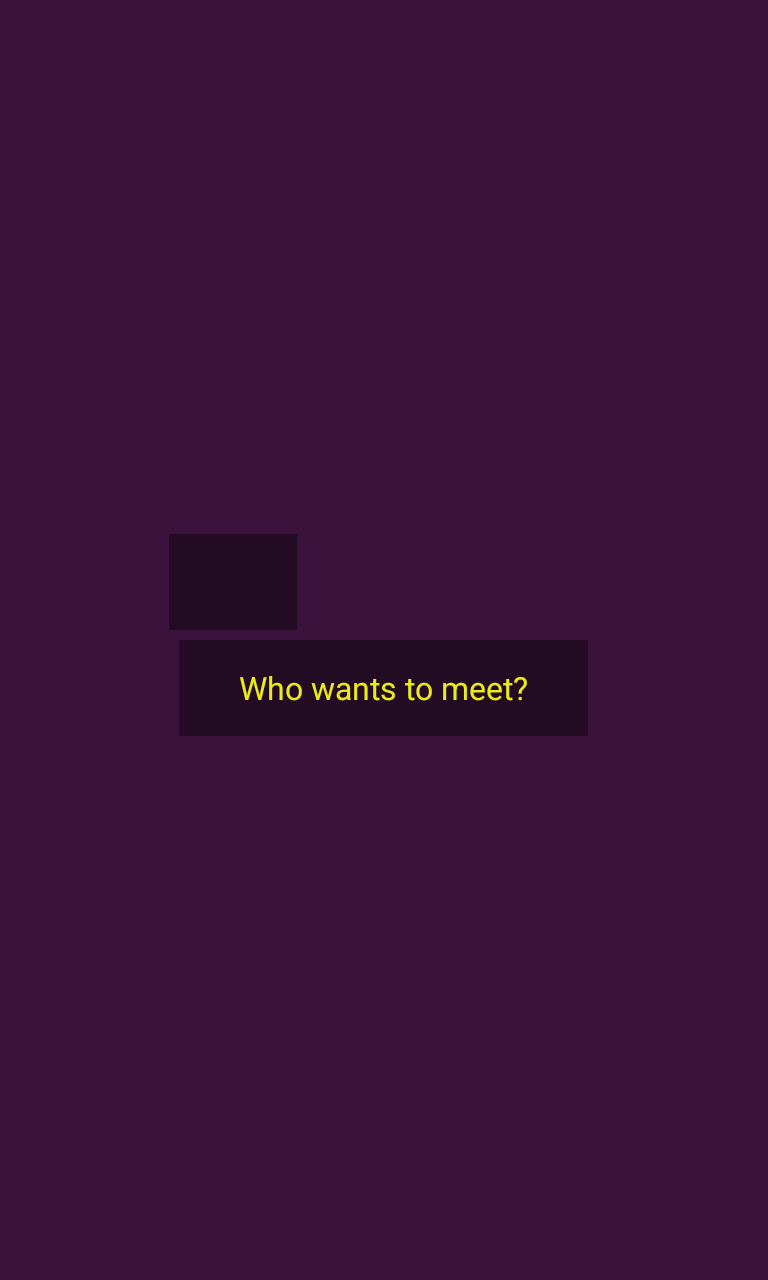
Repository: Valian/MeetMe
Layout: MeetMe/res/layout/activity_main_menu.xml
An editor plug-in stored every save of this project. The layout is shown before and after the next save, followed by the edit.
It is drawn on a 768 x 1280 px phone screen (xhdpi) without system bars, with theme AppTheme; the app's code is not run.

Above is the layout before, as saved 2014-01-10 00:41:10.

After the next save:
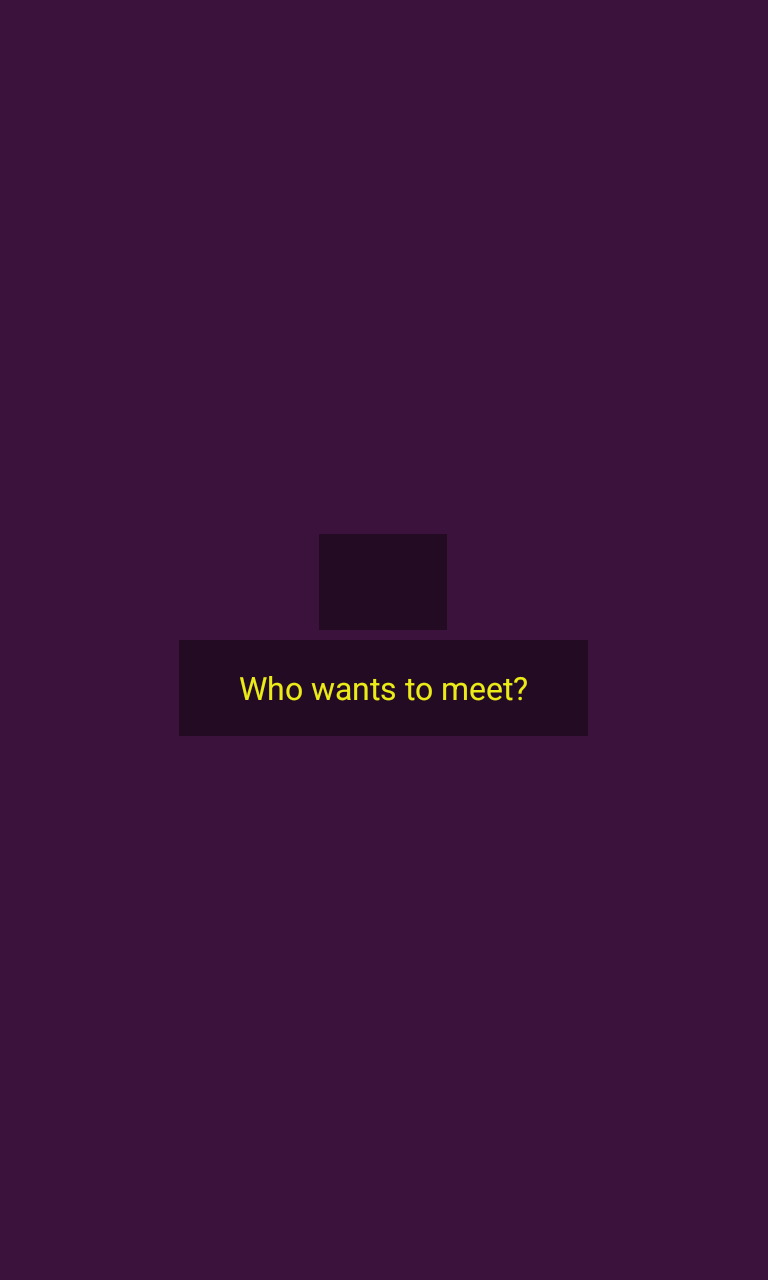
Saved 51 s later.
--- a/MeetMe/res/layout/activity_main_menu.xml
+++ b/MeetMe/res/layout/activity_main_menu.xml
@@ -11,12 +11,12 @@
 
 	    <Button
 	    android:id="@+id/statusChangeButton"
-	    android:gravity="center_horizontal"
+	    android:layout_gravity="center_horizontal"
 	    style="@style/BigButton"
 	    android:onClick="statusChangeButtonClicked" />
 
 	    <Button
-	    android:gravity="center"
+	    android:layout_gravity="center"
 	    android:layout_margin="5dp"
 	    android:id="@+id/personListButton"
 	    style="@style/BigButton"
